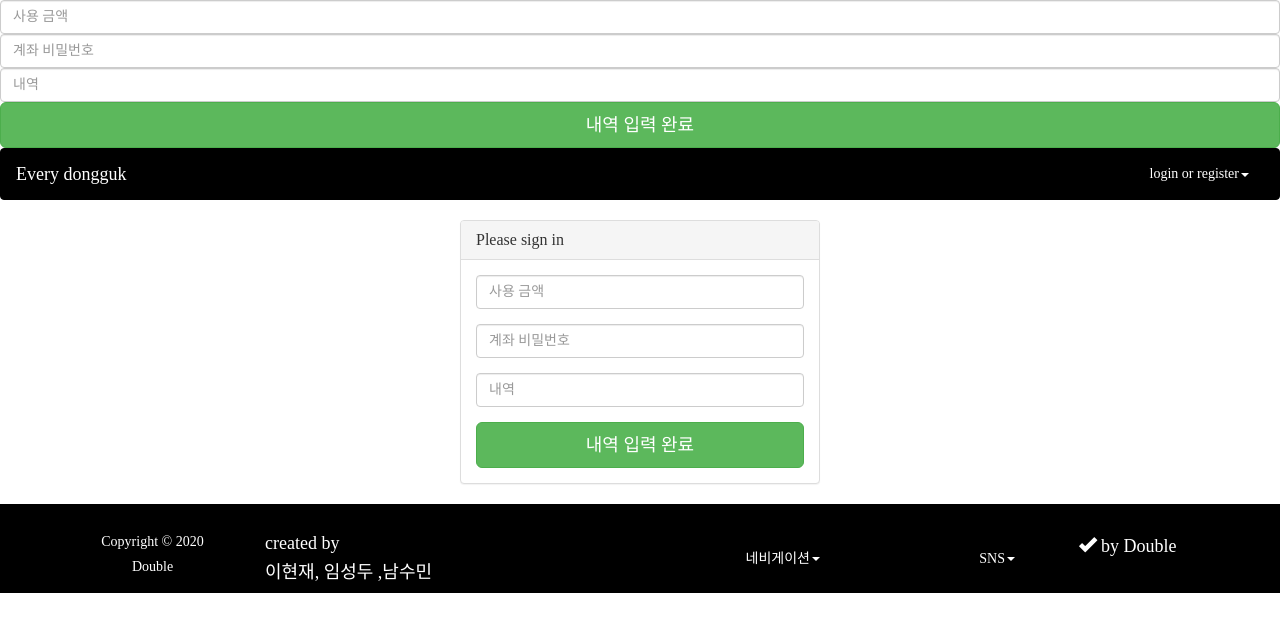
Repository: CSID-DGU/2020-1-ESCD-DOUBLE
Page: http://localhost/web/WEB-INF/views/bank/purchase.jsp
An editor plug-in stored every save of this project. The page is shown before and after the next save, followed by the edit.
The browser window is 1280 px wide. The pictures show the whole page.
Some web fonts or font styles are not loaded; a fallback is used. Some web libraries are served in a nearby version. The page is served by Tomcat 9. Nobody is signed in. Other server files are loaded and not shown. The template is opened directly, without the code that normally fills it, so the values that code supplies are empty.

Above is the page before, as saved 2020-05-01 16:09:11.

### web/src/main/webapp/WEB-INF/views/bank/purchase.jsp
<%@ page language="java" contentType="text/html; charset=EUC-KR"
    pageEncoding="EUC-KR"%>
<%@taglib prefix= "c" uri= "http://java.sun.com/jsp/jstl/core" %>
<!DOCTYPE html>
<html>
<head>
<meta charset="EUC-KR">
<title>Insert title here</title>
<link rel="stylesheet" href="resources/css/bootstrap.css">
<link rel="stylesheet" href="resources/css/customize.css">
</head>
<body>
<form action="purchase_ok" method="post">
<input class="form-control" type="text" name="Binout" placeholder="사용 금액">
<input class="form-control" type="password" name="Bpw" placeholder="계좌 비밀번호">
<input class="form-control" type="text" name="Bmemo" placeholder="내역">
<input class="btn btn-lg btn-success btn-block" type="submit" value="내역 입력 완료">

</form>






<%@include file="../template/header.jsp"%>



<div class="container">
    <div class="row">
		<div class="col-md-4 col-md-offset-4">
    		<div class="panel panel-default">
			  	<div class="panel-heading">
			    	<h3 class="panel-title">Please sign in</h3>
			 	</div>
			  	<div class="panel-body">
			    	<form accept-charset="UTF-8" role="form" action="purchase_ok" method="post">
                    <fieldset>
			    	  	<div class="form-group">
<input class="form-control" type="text" name="Binout" placeholder="사용 금액">
			    		</div>
			    		<div class="form-group">
<input class="form-control" type="password" name="Bpw" placeholder="계좌 비밀번호">
			    		</div>
			    		<div class="form-group">
<input class="form-control" type="text" name="Bmemo" placeholder="내역">
			    		</div>

<input class="btn btn-lg btn-success btn-block" type="submit" value="내역 입력 완료">
			    	</fieldset>
			      	</form>
			    </div>
			</div>
		</div>
	</div>
</div>



<%@include file="../template/footer.jsp"%>


</body>
</html>

### web/src/main/webapp/WEB-INF/views/template/header.jsp
<%@ page language="java" contentType="text/html; charset=EUC-KR"
    pageEncoding="EUC-KR"%>
<!DOCTYPE html>
<html>
<head>
<meta charset="EUC-KR">
<title>Insert title here</title>
<link rel="stylesheet" href="resources/css/bootstrap.css">
<link rel="stylesheet" href="resources/css/customize.css">
</head>
<body>
<script src="https://code.jquery.com/jquery-3.1.1.min.js"></script>
<script src="resources/js/bootstrap.js"></script>
<%@taglib prefix= "c" uri= "http://java.sun.com/jsp/jstl/core" %>
<nav class="navbar navbar-default">
	<div class="container-fluid">

		<div class="navbar-header">
			<button type="button" class="navbar-toggle collapsed" data-toggle="collapse"
			data-target="#bs-example-navbar-collapse-1" aria-expanded="false"><!-- 크기를 줄였을때 나타나는 버튼 -->
				<span class="sr-only"></span>
				<span class="icon-bar"></span>
				<span class="icon-bar"></span>
				<span class="icon-bar"></span>
			</button>
			<a class="navbar-brand" href="index">Every dongguk</a>
		</div>

		<div class="collapse navbar-collapse" id="bs-example-navbar-collapse-1"><!-- 네비 중간 대부분을 차지함 -->

			<ul class="nav navbar-nav navbar-right">
				<li class="dropdown">
					<a href="#" class="dropdown-toggle" data-toggle="dropdown" role="button"
					aria-haspopup="true" aria-expanded="false"><c:if test="${empty Sid }">login or register</c:if><c:if test="${not empty Sid }">${Sid } 님 환영합니다.</c:if><span class="caret"></span></a>
					<ul class="dropdown-menu">

					<c:choose>
					<c:when test="${empty Sid }">
						<li><a href="login_form">로그인</a></li>
						<li><a href="register_form">회원가입</a></li>
					</c:when>
					<c:otherwise>
						<li><a href="logout">로그아웃</a></li>
						<li><a href="mypage">마이페이지(${Sid})</a></li>
						</c:otherwise>
						</c:choose>

					</ul>

				</li>
			</ul>

		</div>
	</div>
</nav>



</body>
</html>

### web/src/main/webapp/WEB-INF/views/template/footer.jsp
<%@ page language="java" contentType="text/html; charset=EUC-KR"
    pageEncoding="EUC-KR"%>
<!DOCTYPE html>
<html>
<head>
<meta charset="EUC-KR">
<title>Insert title here</title>
<link rel="stylesheet" href="resources/css/bootstrap.css">
<link rel="stylesheet" href="resources/css/customize.css">
</head>
<body>
<script src="https://code.jquery.com/jquery-3.1.1.min.js"></script>
<script src="resources/js/bootstrap.js"></script>

<style type="text/css">
#footul ,#footul2{
color:white;}
#footul:hover ,#footul2:hover{

background-color:black;


}
#footul:focus,#footul2:hover{
background-color:black;}

</style>

<footer style="background-color: #000000;color:#ffffff">
	<div class="container">
		<br>
		<div class="row">
			<div class="col-sm-2" style="text-align: center;"><h5>Copyright &copy; 2020</h5><h5>Double </h5></div>
			<div class="col-sm-4"><h4>created by<h4><p>이현재, 임성두 ,남수민</p></div>
			<div class="col-sm-2"><h4 style="text-align:center;"></h4>

						<ul class="nav navbar-nav navbar-right">
				<li class="dropdown">
					<a href="#" class="dropdown-toggle" data-toggle="dropdown" role="button"
					aria-haspopup="true" aria-expanded="false" id="footul">네비게이션<span class="caret"></span></a>
					<ul class="dropdown-menu">
						<li><a href="#">냐옹</a></li>
						<li><a href="#">멍멍</a></li>
					</ul>

				</li>
			</ul>
			</div>
			<div class="col-sm-2"><h4 style="text-align:center;"></h4>



							<ul class="nav navbar-nav navbar-right">
				<li class="dropdown">
					<a href="#" class="dropdown-toggle" data-toggle="dropdown" role="button"
					aria-haspopup="true" aria-expanded="false" id="footul2">SNS<span class="caret"></span></a>
					<ul class="dropdown-menu">
						<li><a href="#">뭔가 개발자 이메일 보내기?</a></li>
						<li><a href="#">뭐 그런거...</a></li>
					</ul>

				</li>
			</ul>

			</div>
			<div class="col-sm-2"><h4 style="text-align:center;"><span class="glyphicon glyphicon-ok"></span>&nbsp;by Double</h4></div>
	</div>


</div>
</footer>


</body>
</html>

### web/src/main/webapp/resources/css/customize.css
@import url(http://fonts.googleapis.com/earlyaccess/nanumgothic.css);
*{font-family:'Nanum Gothic';}
a{
	color:#000000;
	text-decoration:none;
}
a:hover{
	color:#bbbbbb;
	text-decoration:none;
	cursor:pointer;
}
.navbar-default{/*까만색!*/
	background-color:#000000;
	border-color:#000000;
}
.navbar-default .navbar-brand{
	color:#ffffff;/*하얀색!*/
}
.navbar-default .navbar-brand:hover,
.navbar-default .navbar-brand:focus{
	background-color:transparent;
	color:#bbbbbb;
}
.navbar-default .navbar-nav> .active>a,
.navbar-default .navbar-nav> .active>a:hover,
.navbar-default .navbar-nav> .active>a:focus{
	color:white;
	background-color:#000000;
}
.navbar-default .navbar-nav> li>a:hover,
.navbar-default .navbar-nav> li>a:focus{
	color:#bbbbbb;
}
.navbar-default .navbar-nav> .open>a,
.navbar-default .navbar-nav> .open>a:hover,
.navbar-default .navbar-nav> .open>a:focus{
	color:#000000;
	background-color:#ffffff;
	text-decoration:none;
}
.navbar-default .navbar-nav>li>a{
	color:white;
}
@media(max-width:767px){
	.navbar-default .navbar-nav .open .dropdown-menu>li>a{
	color:#ffffff;}
	.navbar-default .navbar-nav .open .dropdown-menu>li>a:hover,
	.navbar-default .navbar-nav .open .dropdown-menu>li>a:focus{
	color:#bbbbbb;}

}

Loaded but not shown: web/src/main/webapp/resources/css/bootstrap.css (library); web/src/main/webapp/resources/js/bootstrap.js (library)

After the next save:
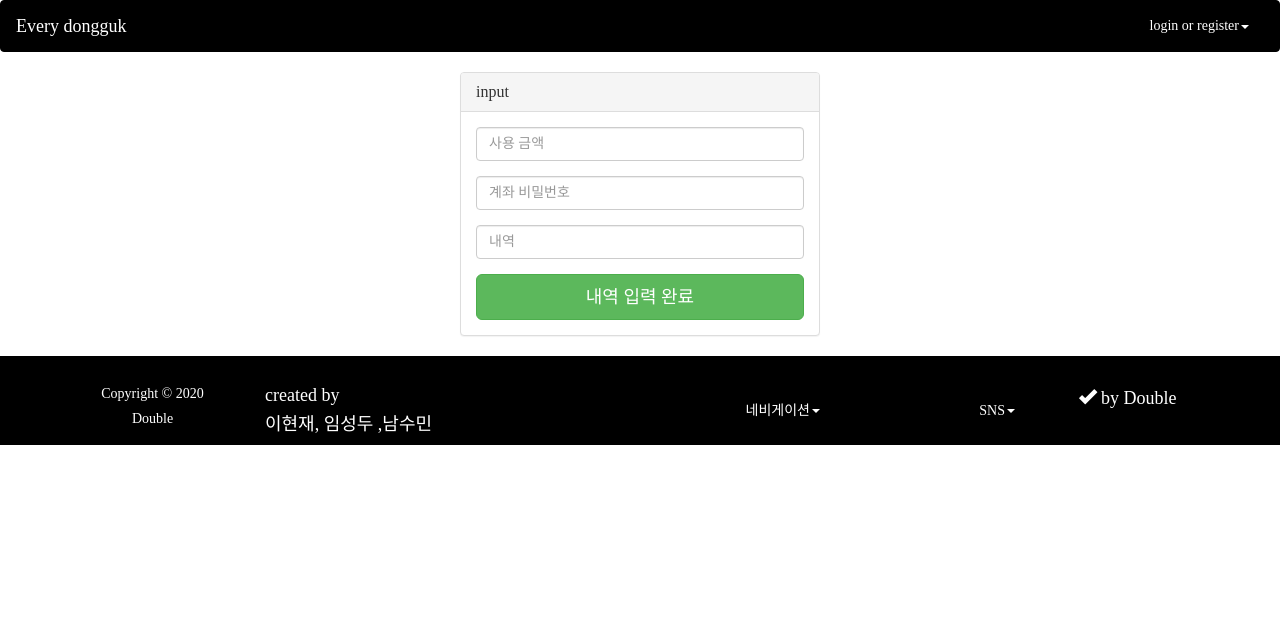
Saved 41 s later.
--- a/web/src/main/webapp/WEB-INF/views/bank/purchase.jsp
+++ b/web/src/main/webapp/WEB-INF/views/bank/purchase.jsp
@@ -10,18 +10,6 @@
 <link rel="stylesheet" href="resources/css/customize.css">
 </head>
 <body>
-<form action="purchase_ok" method="post">
-<input class="form-control" type="text" name="Binout" placeholder="사용 금액">
-<input class="form-control" type="password" name="Bpw" placeholder="계좌 비밀번호">
-<input class="form-control" type="text" name="Bmemo" placeholder="내역">
-<input class="btn btn-lg btn-success btn-block" type="submit" value="내역 입력 완료">
-
-</form>
-
-
-
-
-
 
 <%@include file="../template/header.jsp"%>
 
@@ -32,7 +20,7 @@
 		<div class="col-md-4 col-md-offset-4">
     		<div class="panel panel-default">
 			  	<div class="panel-heading">
-			    	<h3 class="panel-title">Please sign in</h3>
+			    	<h3 class="panel-title">input</h3>
 			 	</div>
 			  	<div class="panel-body">
 			    	<form accept-charset="UTF-8" role="form" action="purchase_ok" method="post">
